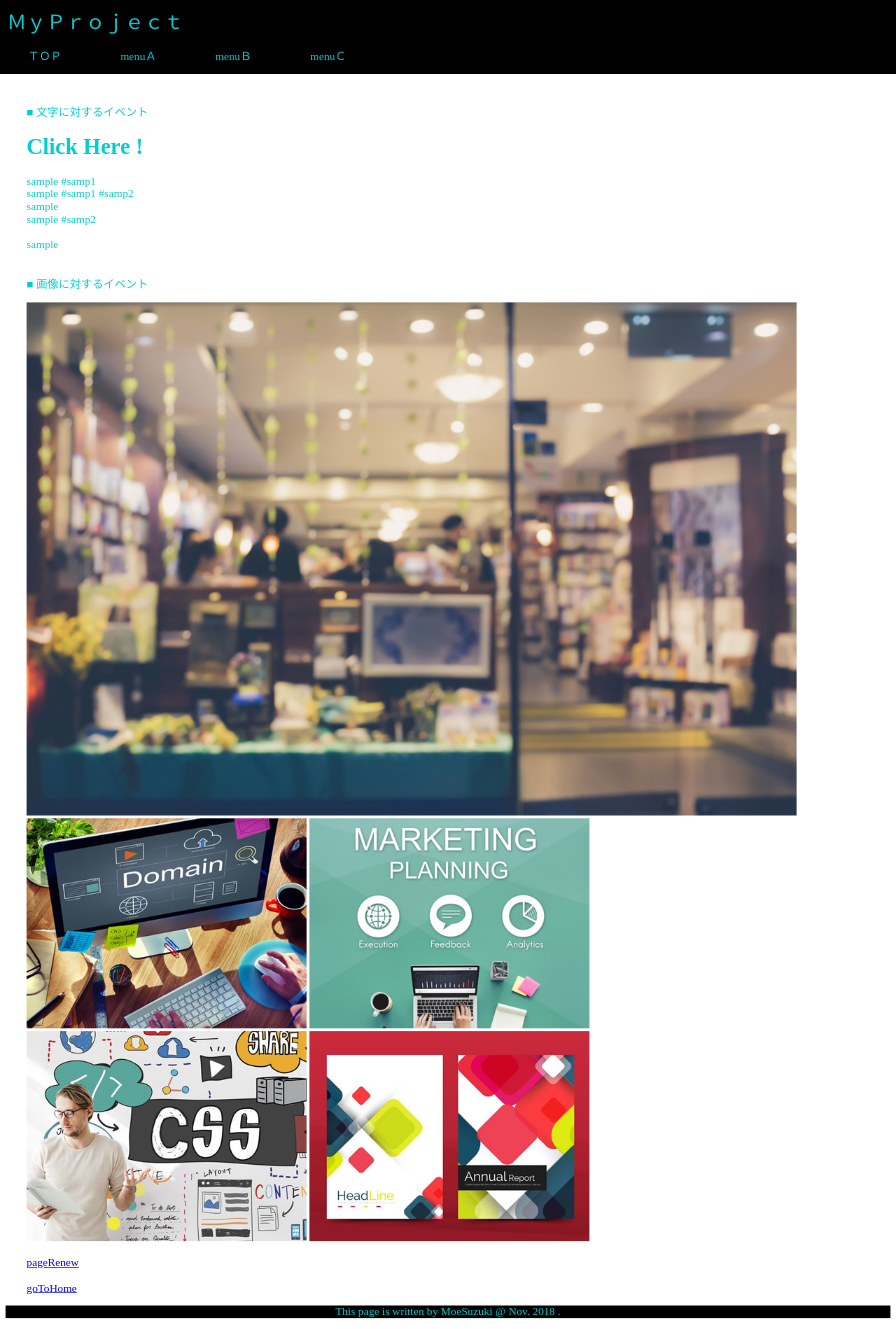
Repository: user10112018/test
Page: http://localhost/MyProject/jquery.jsp
An editor plug-in stored every save of this project. The page is shown before and after the next save, followed by the edit.
The browser window is 1280 px wide. The pictures show the whole page, at 70% of full size.
The page is served by Tomcat 9. Other server files are loaded and not shown.

Above is the page before, as saved 2018-11-20 07:08:10.

### MyProject/WebContent/jquery.jsp
<%@ page language="java" contentType="text/html; charset=UTF-8"
    pageEncoding="UTF-8"%>
<%@ taglib prefix="s" uri="/struts-tags" %>
<!DOCTYPE html>
<html>
<head>
<meta charset="UTF-8">
<link rel="stylesheet" href="./css/style01.css">
<script src="https://ajax.googleapis.com/ajax/libs/jquery/3.3.1/jquery.min.js"></script>

<title>jQuery</title>

<stylet>
#main {
	text-align:center;
	}
</stylet>


</head>


<body>

<!-- スクリプトファイル指定 -->
<script type="text/javascript" src="./javascript/script.js"></script>

<!-- ============== ココカラ =============== -->

<!-- ==== header ===== -->
<header>

<div id="logo">ＭｙＰｒｏｊｅｃｔ</div>



<div id="menu">

<ul>
   <li>ＴＯＰ</li>
   <li>menuＡ</li>
   <li>menuＢ</li>
   <li>menuＣ</li>
</ul>

</div>

</header>

<!-- ==== main ===== -->

<div id="main">
<div id="main-container">

<p>■ 文字に対するイベント</p>

<h1>
Click Here !
<br>
</h1>

<div class="samp1">
sample   #samp1
<br>

<div class="samp2">
sample   #samp1 #samp2
<br>
</div>
</div>

sample
<br>


<div class="samp2">
sample  #samp2
</div>
<br>

sample
<br>

<br>
<p>■ 画像に対するイベント</p>

<div class="img">

<img src="./img/bookstore.jpg" size=300px>
<br>

<img src="./img/pic1.jpg">
<img src="./img/pic4.jpg">
<img src="./img/pic6.jpg">
<img src="./img/pic8.jpg">

</div>

<br>
<a href='jquery.jsp'>pageRenew</a><br>
<br>
<a href='index.jsp'>goToHome</a>
</div>



<!-- ======================= ココマデ ===================================== -->
</div>

<!-- ==== footer ===== -->
<footer>
<p>This page is written by MoeSuzuki   @ Nov. 2018 .</p>
</footer>

</body>
</html>

### MyProject/WebContent/css/style01.css
@CHARSET "UTF-8";

body {
/* 	color: red; */
/*     color: #008b8b; */
/*     width: 1080px; */
    color: #00ced1;
	font-family: 'メイリオ';
}


header{
/* 	position: absolute; だとスクロールで見えなくなる */
/* 	position: absolute; */
/* 	position: fixed; だとスクロールしても動かない */
	position: fixed;
	left: 0px;
	top: 0px;
	background-color: black;
	width: 100%;
/* 	white-space: nowrap; */
}


#logo{
	font-size: 28px;
/* 	color: red; */
/* 	font-family:  */
    padding-top: 10px;
    padding-left: 10px;
    white-space: nowrap;


}

#menu{
/* 	width: 100%; */
	heiht: 70px;
	background-color: black;
/* 	white-space: nowrap; */
/*     overflow-x: scroll;  これを入れるとナビゲーション用の横スクロールバーが出現する*/
}

#menu ul{
/* 	padding-right: 20px; */
/* white-space: nowrap; */
white-space: nowrap;

}

#menu ul li{
/* 	float: left; */
    display: inline-block;
	list-style: none;
/* 	color: red; */
	font-size: 16px;
	padding-right: 80px;
/* 	text-align: left; */
    height: 24px;
/*     white-space: nowrap; */
}

main{
	clear: both;
	white-space: nowrap;
/* 	これをここに入れるとテーブルの項目が改行されなくなる */
}

#main-container{
	width: 90%;
	margin-top: 120px;
	margin-left: 30px;
/* 	left: 30px; */
}

footer{
	clear: both;
/* 	position: absolute; */
	bottom: 0px;
	left: 0px;
	background-color: black;
	width: 100%;
/* 	height: 24px; */
/* 	margin-top: 10px; */
/* 	margin-bottom: 0px; */
/* 	margin-left: 0px; */

/* 	margin: 0 auto; */
	text-align: center;

}

### MyProject/WebContent/javascript/script.js
/**
 *
 */
jQuery (function(){

// ここにjQueryを書いていく

	$("h1").click(function(){
		$(".samp2").fadeIn("slow");
		$(".samp1 .samp2").fadeOut("slow");
		$("h1").css("color", "#dc143c")
	})




});

After the next save:
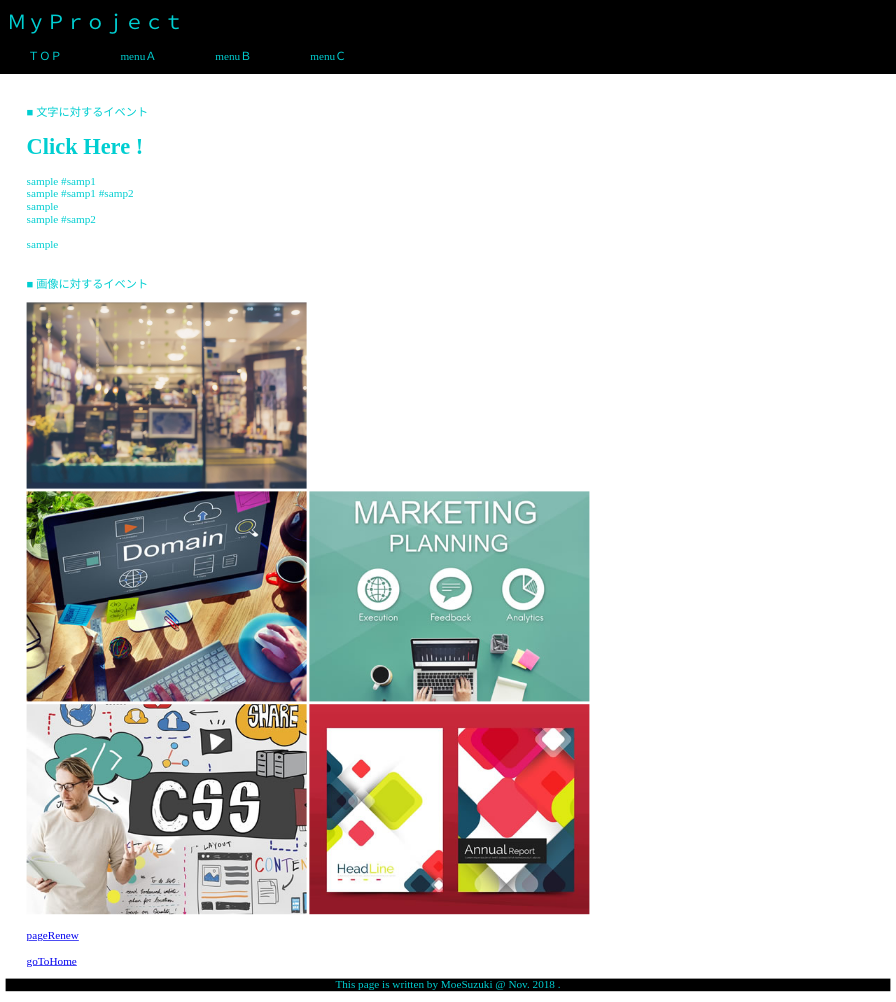
Saved 18 min 56 s later.
--- a/MyProject/WebContent/jquery.jsp
+++ b/MyProject/WebContent/jquery.jsp
@@ -86,7 +86,7 @@ sample
 
 <div class="img">
 
-<img src="./img/bookstore.jpg" size=300px>
+<img src="./img/bookstore.jpg" width="400px">
 <br>
 
 <img src="./img/pic1.jpg">
